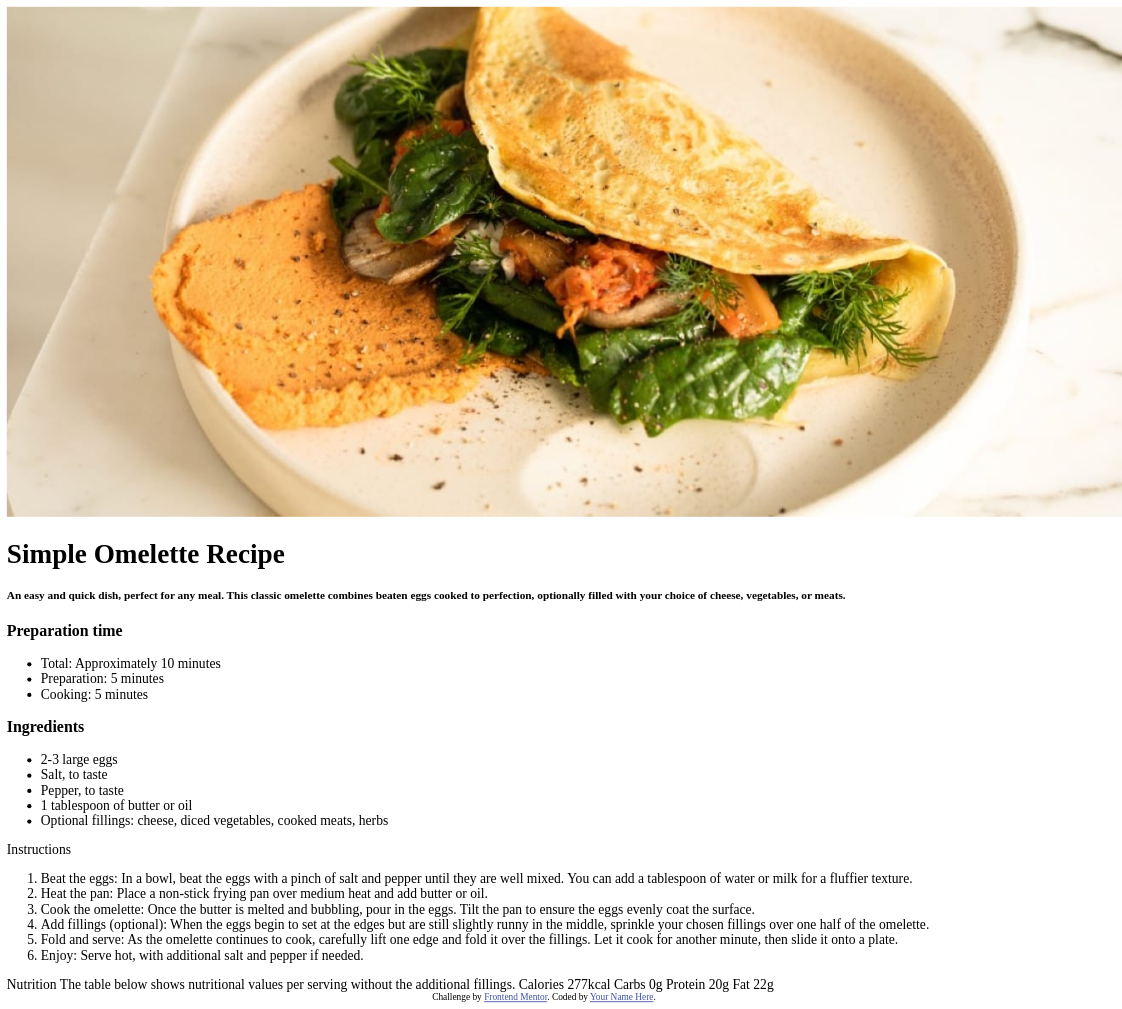
Repository: sodmaq/recipe-page-
Page: index.html
An editor plug-in stored every save of this project. The page is shown before and after the next save, followed by the edit.
The browser window is 1280 px wide. The page is 1320 px wide, so the pictures cover 1320 px, including what lies to the right of the window. The pictures show the whole page, at 85% of full size.

Above is the page before, as saved 2024-09-07 12:34:23.

### index.html
<!DOCTYPE html>
<html lang="en">
  <head>
    <meta charset="UTF-8" />
    <meta name="viewport" content="width=device-width, initial-scale=1.0" />
    <!-- displays site properly based on user's device -->

    <link
      rel="icon"
      type="image/png"
      sizes="32x32"
      href="./assets/images/favicon-32x32.png"
    />

    <title>Frontend Mentor | Recipe page</title>

    <!-- Feel free to remove these styles or customise in your own stylesheet 👍 -->
    <style>
      .attribution {
        font-size: 11px;
        text-align: center;
      }
      .attribution a {
        color: hsl(228, 45%, 44%);
      }
    </style>
  </head>
  <body>
    <img src="/assets/images/image-omelette.jpeg" alt="" />
    <h1>Simple Omelette Recipe</h1>
    <h5>
      An easy and quick dish, perfect for any meal. This classic omelette
      combines beaten eggs cooked to perfection, optionally filled with your
      choice of cheese, vegetables, or meats.
    </h5>
    <h3>Preparation time</h3>
    <ul>
      <li>Total: Approximately 10 minutes</li>
      <li>Preparation: 5 minutes</li>
      <li>Cooking: 5 minutes</li>
    </ul>

    <h3>Ingredients</h3>
    <ul>
      <li>2-3 large eggs</li>
      <li>Salt, to taste</li>
      <li>Pepper, to taste</li>
      <li>1 tablespoon of butter or oil</li>
      <li>Optional fillings: cheese, diced vegetables, cooked meats, herbs</li>
    </ul>
    <p>Instructions</p>

    <ol>
      <li>
        Beat the eggs: In a bowl, beat the eggs with a pinch of salt and pepper
        until they are well mixed. You can add a tablespoon of water or milk for
        a fluffier texture.
      </li>
      <li>
        Heat the pan: Place a non-stick frying pan over medium heat and add
        butter or oil.
      </li>
      <li>
        Cook the omelette: Once the butter is melted and bubbling, pour in the
        eggs. Tilt the pan to ensure the eggs evenly coat the surface.
      </li>
      <li>
        Add fillings (optional): When the eggs begin to set at the edges but are
        still slightly runny in the middle, sprinkle your chosen fillings over
        one half of the omelette.
      </li>
      <li>
        Fold and serve: As the omelette continues to cook, carefully lift one
        edge and fold it over the fillings. Let it cook for another minute, then
        slide it onto a plate.
      </li>
      <li>Enjoy: Serve hot, with additional salt and pepper if needed.</li>
    </ol>

    Nutrition The table below shows nutritional values per serving without the
    additional fillings. Calories 277kcal Carbs 0g Protein 20g Fat 22g

    <div class="attribution">
      Challenge by
      <a href="https://www.frontendmentor.io?ref=challenge" target="_blank"
        >Frontend Mentor</a
      >. Coded by <a href="#">Your Name Here</a>.
    </div>
  </body>
</html>

After the next save:
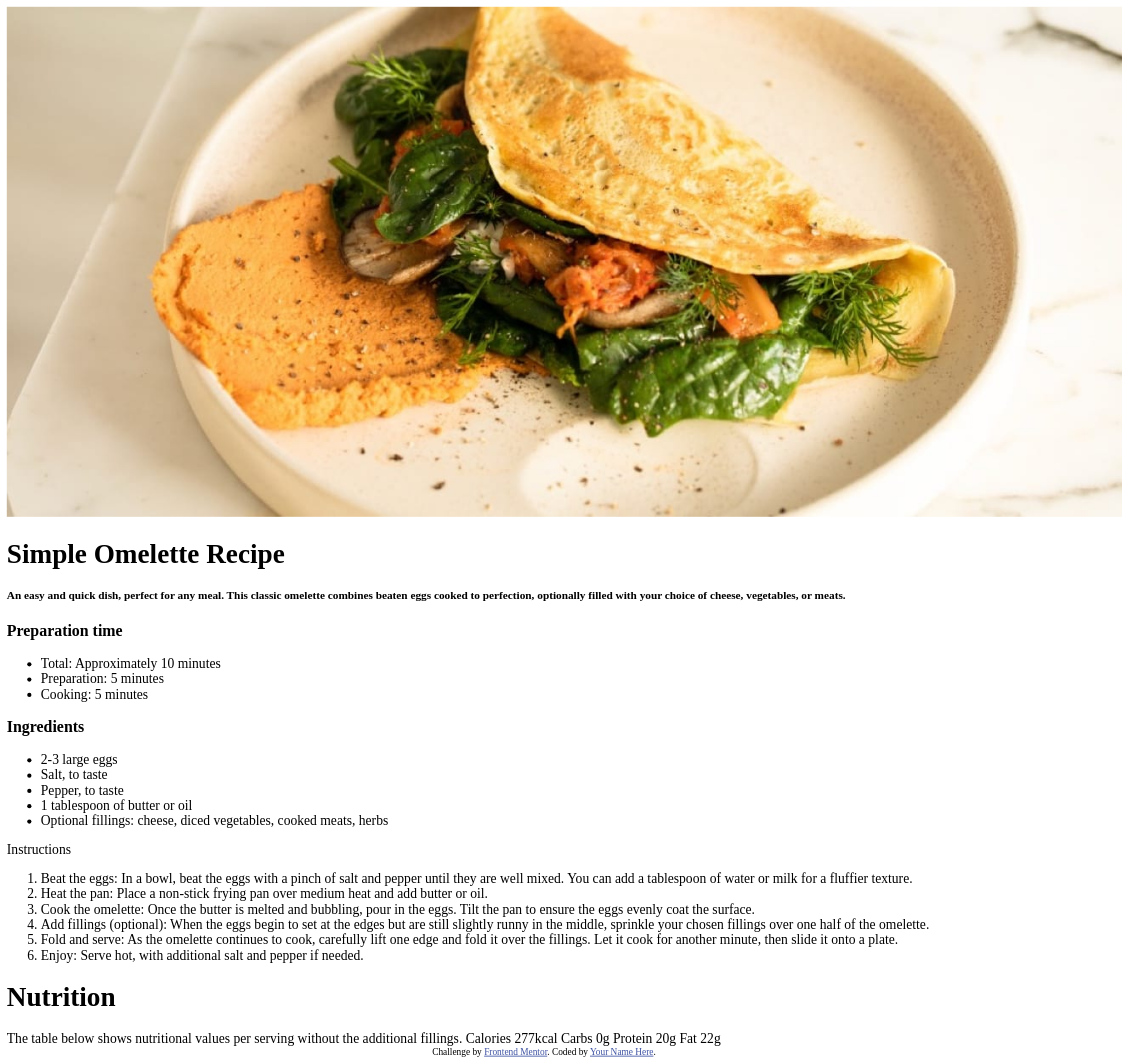
Saved 75 s later.
--- a/index.html
+++ b/index.html
@@ -77,8 +77,10 @@
       <li>Enjoy: Serve hot, with additional salt and pepper if needed.</li>
     </ol>
 
-    Nutrition The table below shows nutritional values per serving without the
-    additional fillings. Calories 277kcal Carbs 0g Protein 20g Fat 22g
+    <h1>Nutrition</h1>
+
+    The table below shows nutritional values per serving without the additional
+    fillings. Calories 277kcal Carbs 0g Protein 20g Fat 22g
 
     <div class="attribution">
       Challenge by
